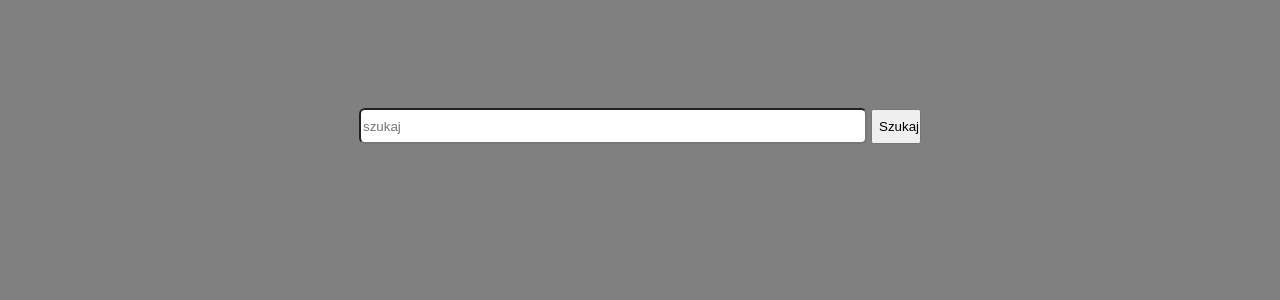
Repository: kq333/wyszukiarka-filmowa
Page: index.html
An editor plug-in stored every save of this project. The page is shown before and after the next save, followed by the edit.
The browser window is 1280 px wide. The pictures show the whole page.
The style sheet was rebuilt from its Sass, Less or Tailwind sources for each picture, by a compiler version that may differ from the author's.

Above is the page before, as saved 2021-01-20 12:41:22.

After the next save:
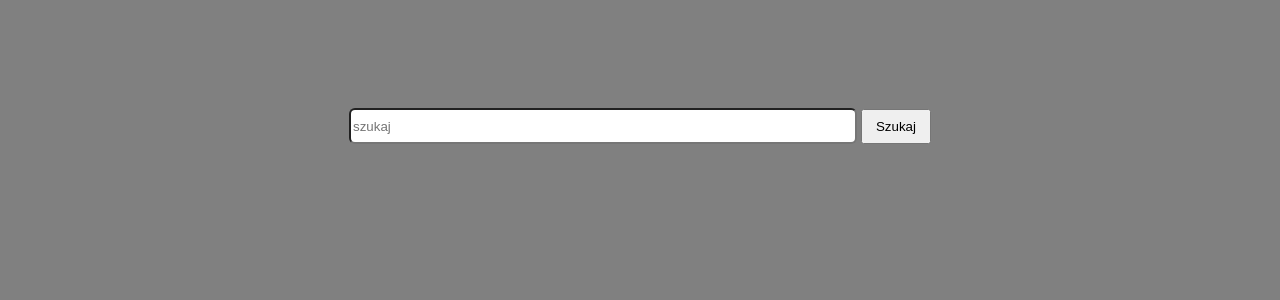
Saved 4 s later.
--- a/style/style.scss
+++ b/style/style.scss
@@ -26,7 +26,7 @@ body{
     }
 
     #btn{
-        width: 50px;
+        width: 70px;
         height: 35px;
     }
 
